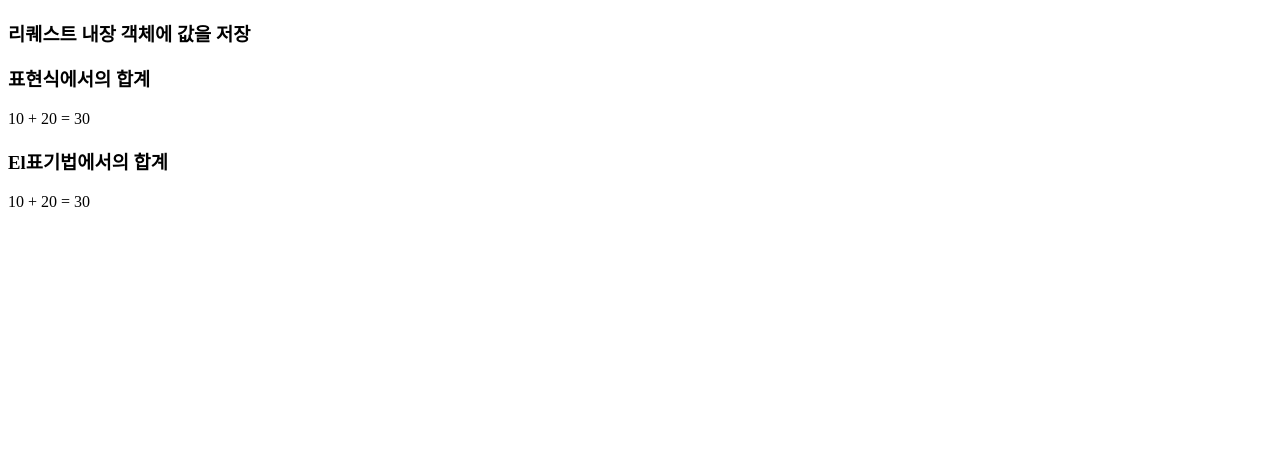
Repository: YooMyeongSeon/JSP_Servlet_Study
Page: http://localhost/web07/Ex_06_SaveData.jsp
These files come from the project's save history. The page is drawn as it stood at one moment and after the next save; the edit follows.
The browser window is 1280 px wide. The pictures show the whole page.
The page is served by Tomcat 9. Other server files are loaded and not shown.

Above is the page before, as saved 2022-06-10 02:16:50.

### web07/WebContent/Ex_06_SaveData.jsp
<%@ page language="java" contentType="text/html; charset=UTF-8"
    pageEncoding="UTF-8"%>
<!DOCTYPE html>
<html>
<head>
<meta charset="UTF-8">
<title>Insert title here</title>
</head>
<body>
	<h3>리퀘스트 내장 객체에 값을 저장</h3>
	<% request.setAttribute("num1", 10);
	request.setAttribute("num2", 20);%>

	<h3>표현식에서의 합계</h3>
	<%= request.getAttribute("num1") %> + <%= request.getAttribute("num2") %> = <%= (Integer)request.getAttribute("num1")+(Integer)request.getAttribute("num2") %>

	<h3>El표기법에서의 합계</h3>
	${ requestScope.num1 } + ${ requestScope.num2 } = ${ requestScope.num1+requestScope.num2 }
</body>
</html>

After the next save:
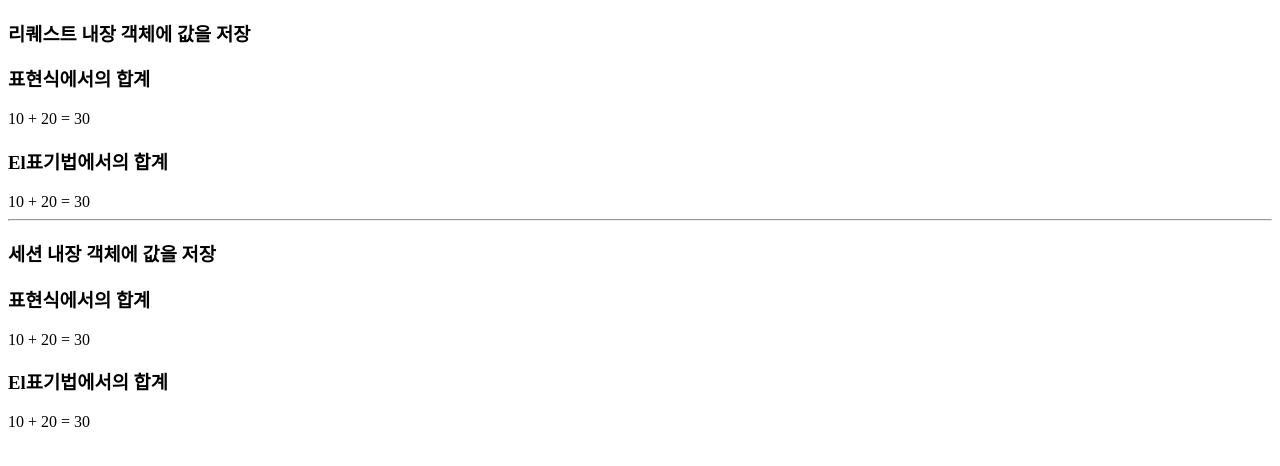
Saved 99 s later.
--- a/web07/WebContent/Ex_06_SaveData.jsp
+++ b/web07/WebContent/Ex_06_SaveData.jsp
@@ -16,5 +16,15 @@
 
 	<h3>El표기법에서의 합계</h3>
 	${ requestScope.num1 } + ${ requestScope.num2 } = ${ requestScope.num1+requestScope.num2 }
+	<hr>
+	<h3>세션 내장 객체에 값을 저장</h3>
+	<% session.setAttribute("num1", 10);
+	session.setAttribute("num2", 20);%>
+
+	<h3>표현식에서의 합계</h3>
+	<%= session.getAttribute("num1") %> + <%= session.getAttribute("num2") %> = <%= (Integer)session.getAttribute("num1")+(Integer)session.getAttribute("num2") %>
+
+	<h3>El표기법에서의 합계</h3>
+	${ sessionScope.num1 } + ${ sessionScope.num2 } = ${ sessionScope.num1+sessionScope.num2 }
 </body>
 </html>
